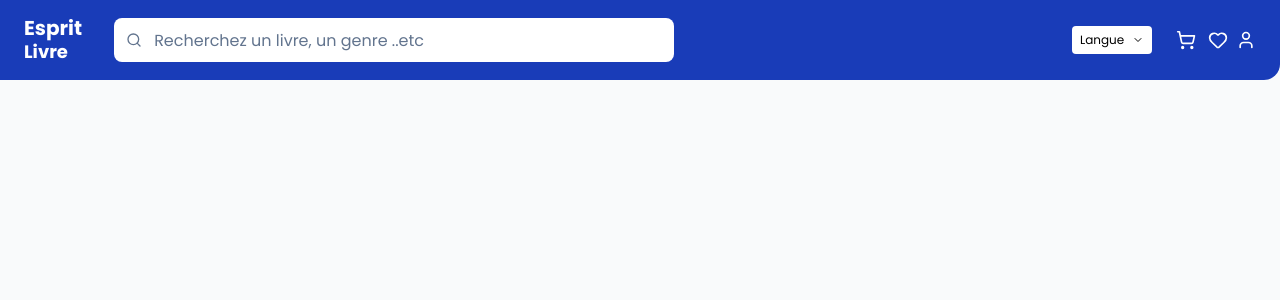
Repository: oussamabenberkane/esprit-livre-front
Page: /
These files come from the project's save history. The page is drawn as it stood at one moment and after the next save; the edit follows.
The browser window is 1280 px wide. The pictures show the whole page.
The project was rebuilt for these pictures with package versions that can differ from the ones it lists, and the page was loaded fresh each time. Also part of the build but not shown: vite.config.js.

Above is the page before, as saved 2025-09-25 18:57:16.

After the next save:
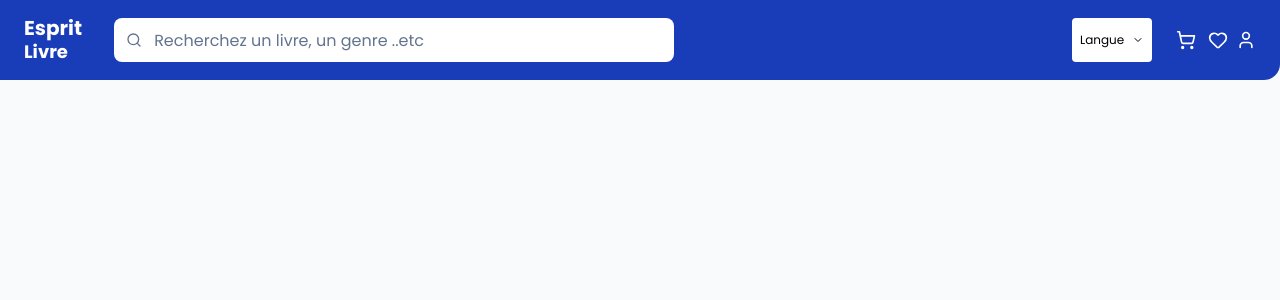
Saved 35 s later.
--- a/src/components/common/navbar.jsx
+++ b/src/components/common/navbar.jsx
@@ -26,7 +26,7 @@ const SearchBar = ({ placeholder = "Recherchez un livre, un genre ..etc", onSear
 // Language Selector Component
 const LanguageSelector = ({ onLanguageChange }) => (
     <div
-        className="relative bg-white rounded h-7 w-20 flex items-center cursor-pointer hover:bg-gray-50 transition-colors"
+        className="relative bg-white rounded h-11 w-20 flex items-center cursor-pointer hover:bg-gray-50 transition-colors"
         onClick={onLanguageChange}
     >
         <span className="text-xs text-black ml-2">Langue</span>
